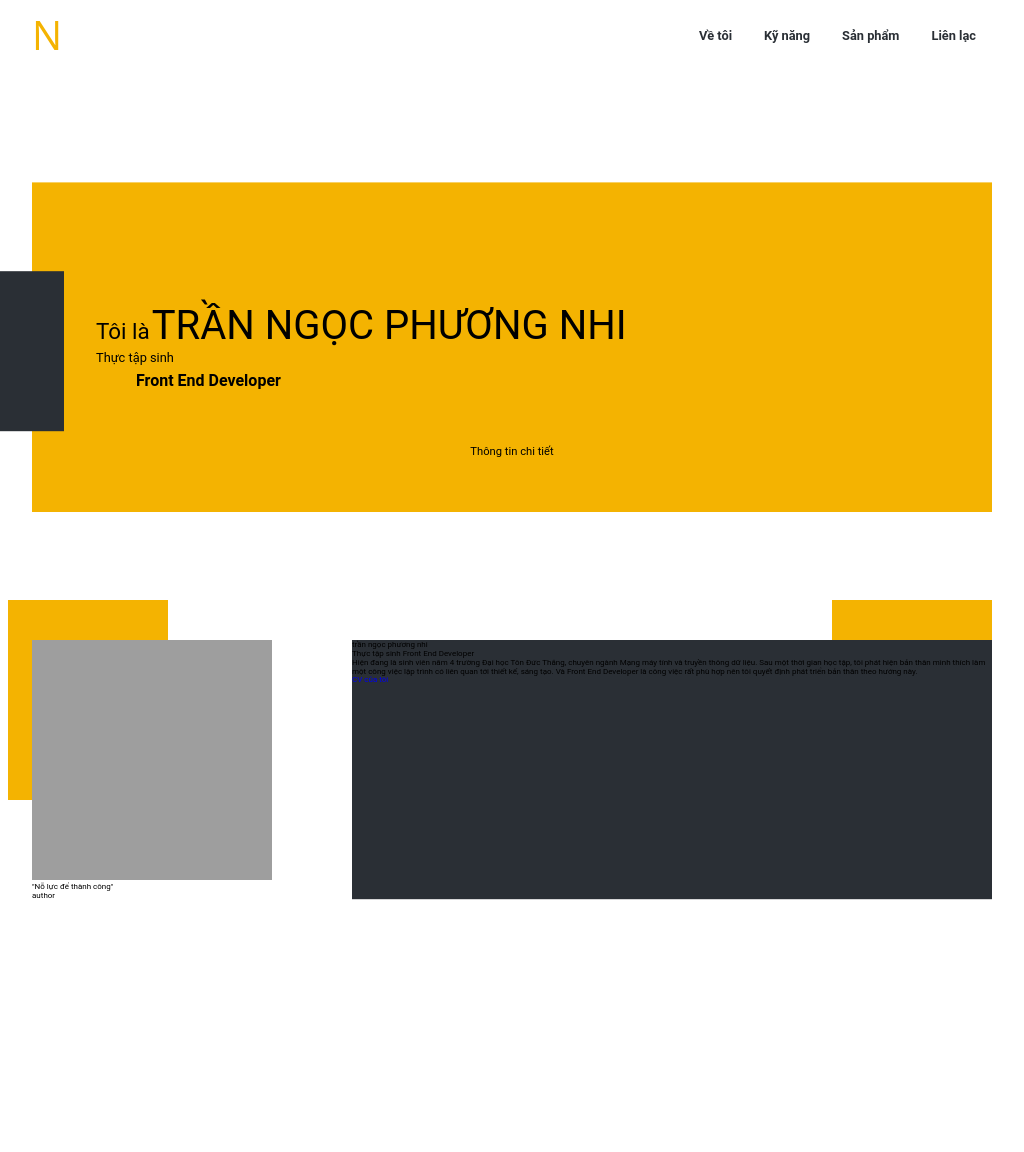
Repository: TranNgocPhuongNhi/my-portfolio
Page: index.html
The author's editor kept a copy of each file at every save. The page is drawn from the files as they stood at one save, then again after the next save.
The browser window is 1280 px wide. The pictures show the whole page, at 80% of full size.
Pictures or frames that could not be fetched are drawn as grey boxes. Some icons come from a web library that is not loaded, so they are not drawn. Some web libraries are served in a nearby version.

Above is the page before, as saved 2021-07-04 16:05:45.

After the next save:
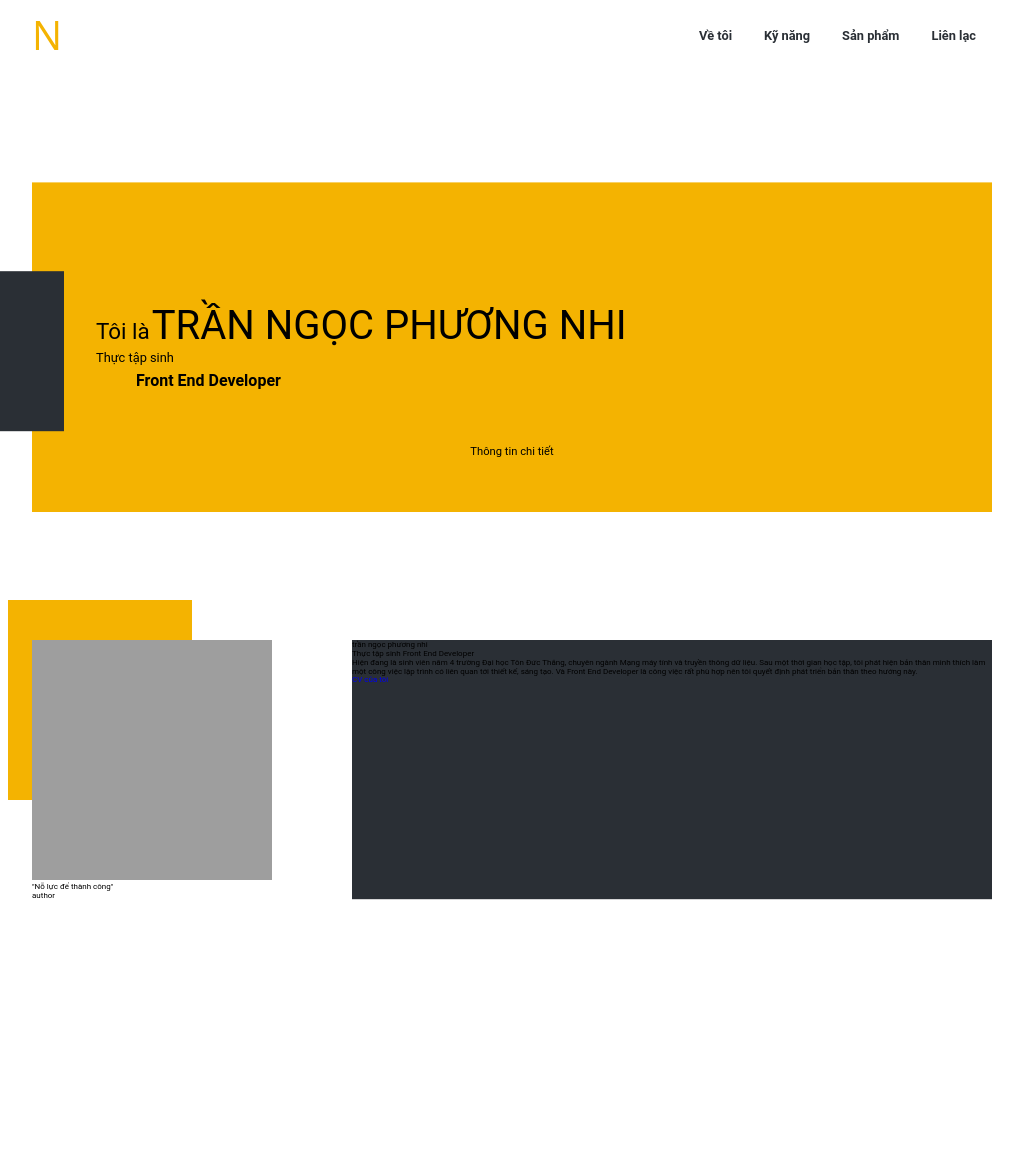
Saved 39 s later.
--- a/resources/css/main.css
+++ b/resources/css/main.css
@@ -192,7 +192,7 @@ a {
     background-color: var(--primary1);
     position: absolute;
     top: 3rem;
-    right: 0rem;
+    left: 0rem;
     z-index: -1;
 }
 
